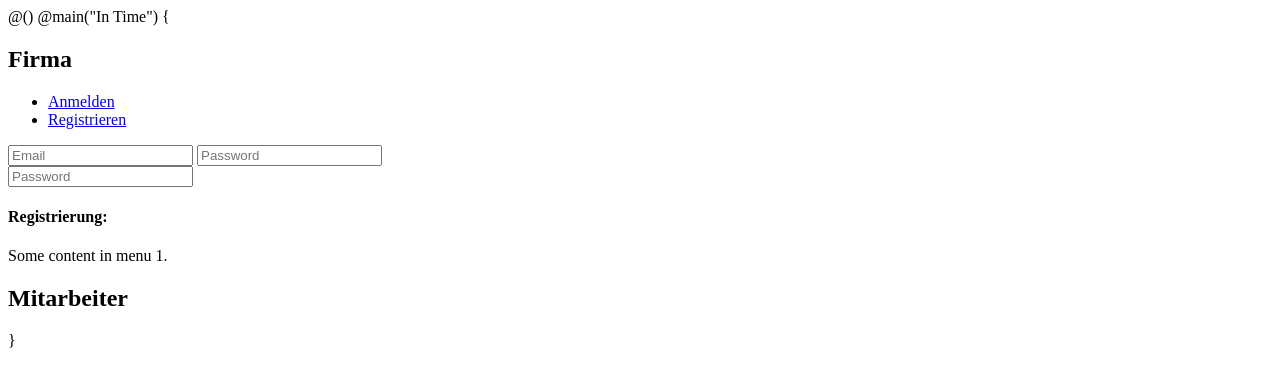
Repository: Avinukas/InTime
Page: intime/app/views/index.scala.html
An editor plug-in stored every save of this project. The page is shown before and after the next save, followed by the edit.
The browser window is 1280 px wide. The pictures show the whole page.

Above is the page before, as saved 2018-05-17 08:12:37.

After the next save:
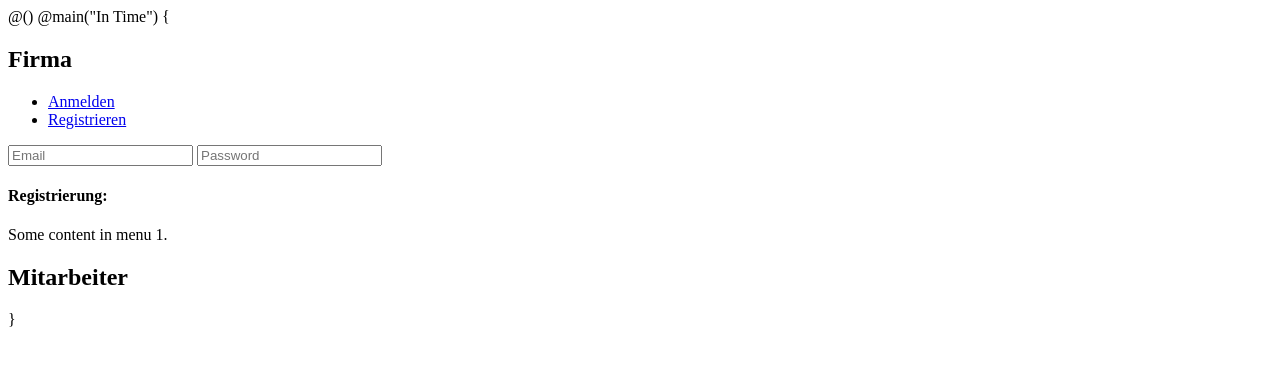
Saved 38 s later.
--- a/intime/app/views/index.scala.html
+++ b/intime/app/views/index.scala.html
@@ -17,11 +17,6 @@
 							type="password" class="form-control" name="password"
 							placeholder="Password">
 					</div>
-					<div class="input-group">
-						<input id="password"
-							type="password" class="form-control" name="password"
-							placeholder="Password">
-					</div>
 				</form>
 			</div>
 			<div id="firmaRegistrieren" class="tab-pane fade">
